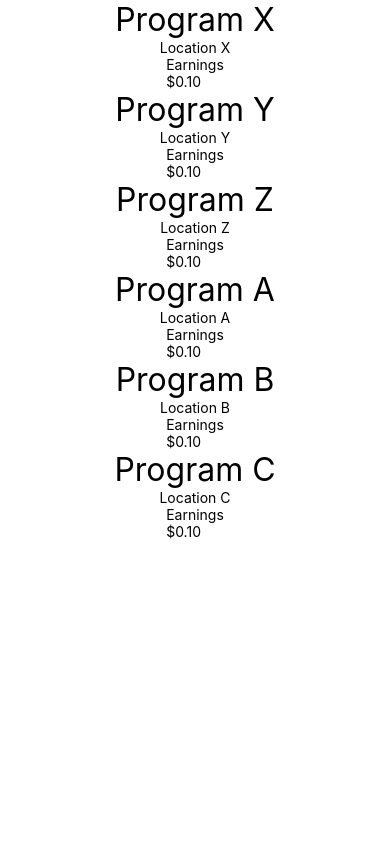
Repository: ct-pham/COMP4511
Screen: / (app in comp4511/)
The author's editor kept a copy of each file at every save. The screen is drawn from the files as they stood at one save, then again after the next save.
The app was drawn by React Native's web renderer in a window 390 px wide. The project was rebuilt for these pictures with package versions that can differ from the ones it lists, and the page was loaded fresh each time. Also part of the build but not shown: comp4511/Components/Homepage.js, comp4511/Components/AllEarnings.js, comp4511/Components/ProgramEarnings.js, comp4511/Components/Register.js, comp4511/Components/Login.js.

Above is the screen before, as saved 2022-11-09 18:39:48.

After the next save:
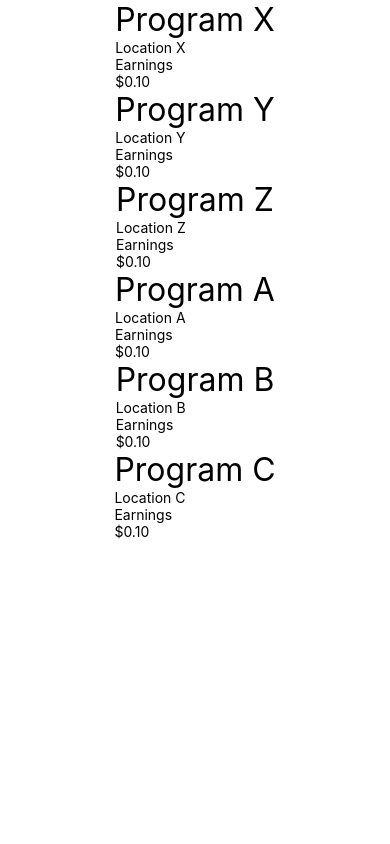
Saved 49 s later.
--- a/comp4511/Components/compareProgram/Items.js
+++ b/comp4511/Components/compareProgram/Items.js
@@ -15,13 +15,15 @@ export default function Items ({item}) {
     const { width } = useWindowDimensions();
     return (
         <View style={ [styles.container, { width }]}>
-            <Text style = {styles.title}>{item.title}</Text>
-            <Text style = {styles.location}>{item.location}</Text>
+            <View style = {styles.programContainer}>
+                <Text style = {styles.title}>{item.title}</Text>
+                <Text style = {styles.location}>{item.location}</Text>
 
-            <View>
-                <Text style = {styles.Earnings}>{item.Earning}</Text>
-                <Text style = {styles.Total}>{item.Total}</Text>
+                <View>
+                    <Text style = {styles.Earnings}>{item.Earning}</Text>
+                    <Text style = {styles.Total}>{item.Total}</Text>
 
+                </View>
             </View>
 
         </View>
@@ -32,7 +34,7 @@ const styles = StyleSheet.create({
     container: {
         flex: 1,
         marginTop: StatusBar.currentHeight || 0,
-        //alignContent: 'center',
+
         alignItems: 'center',
       },
       item: {
